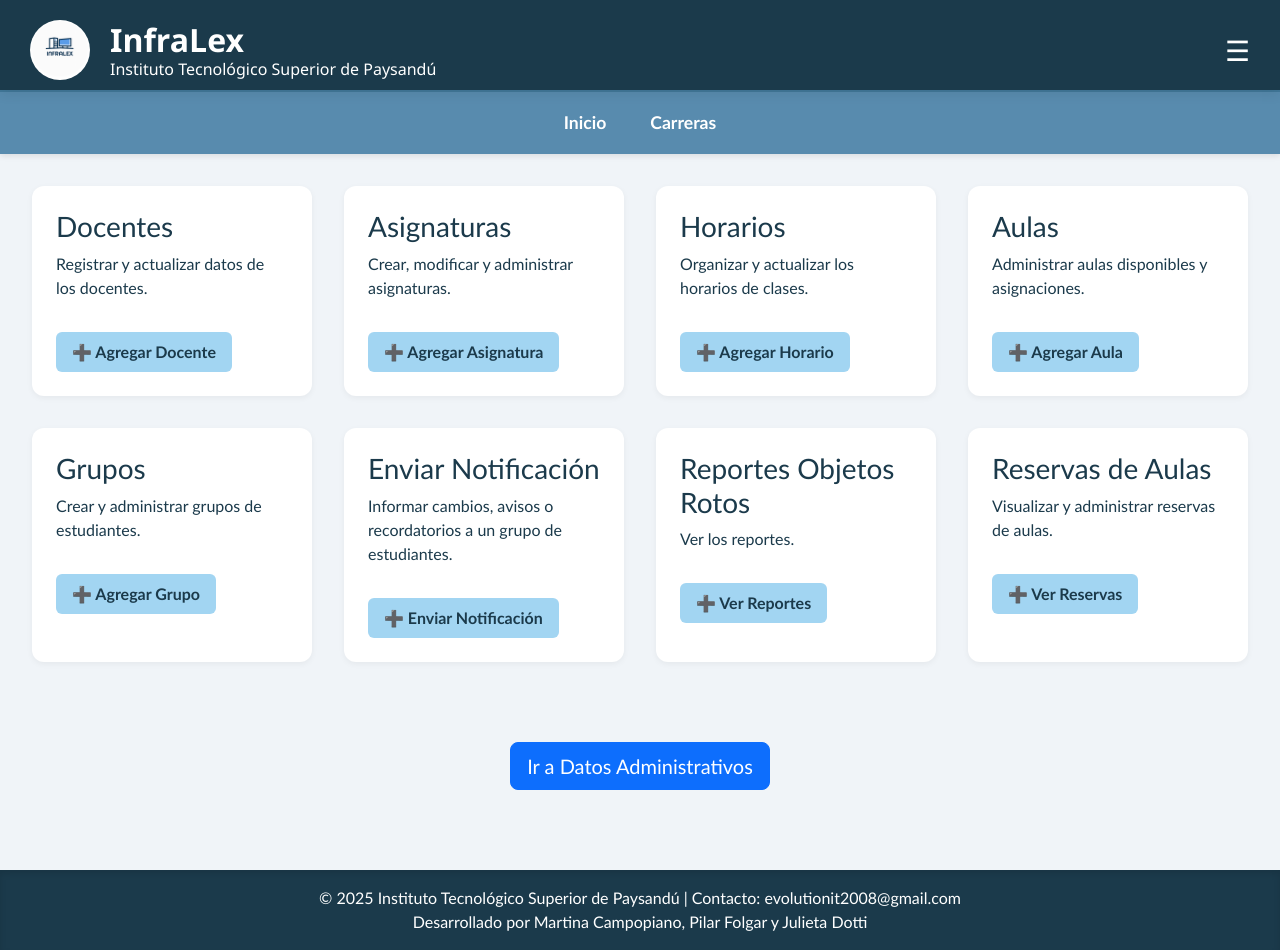
Repository: pilarfolgar/PROYECTO-2025
Page: http://localhost/PROYECTO-2025/indexadministrativo.php
These files come from the project's save history. The page is drawn as it stood at one moment and after the next save; the edit follows.
The browser window is 1280 px wide. The pictures show the whole page.
The page is run by PHP 8.4 with error messages shown; the project is at /var/www/html/. Queries for data that is not in the repository find no rows.

Above is the page before, as saved 2025-10-20 08:11:06.

### indexadministrativo.php
<?php
session_start(); // Inicia sesión
require("conexion.php");
$con = conectar_bd();
?>
<!DOCTYPE html>
<html lang="es">
<head>
  <meta charset="UTF-8">
  <meta name="viewport" content="width=device-width, initial-scale=1.0">
  <title>Panel Administrativo - InfraLex</title>
  <link rel="stylesheet" href="https://cdn.jsdelivr.net/npm/bootstrap@5.3.7/dist/css/bootstrap.min.css">
  <link rel="stylesheet" href="style.css">
  <script src="https://cdn.jsdelivr.net/npm/bootstrap@5.3.7/dist/js/bootstrap.bundle.min.js"></script>
  <script src="https://cdn.jsdelivr.net/npm/sweetalert2@11"></script>
  <script src="admin-script.js"></script>
</head>
<body>

<?php require("header.php"); ?>

<main class="contenedor" id="gestion">
  <!-- Tarjetas de acciones -->
  <div class="tarjeta">
    <h3>Docentes</h3>
    <p>Registrar y actualizar datos de los docentes.</p>
    <a href="#" class="boton" onclick="mostrarForm('form-docente')">➕ Agregar Docente</a>
  </div>

  <div class="tarjeta">
    <h3>Asignaturas</h3>
    <p>Crear, modificar y administrar asignaturas.</p>
    <a href="#" class="boton" onclick="mostrarForm('form-asignatura')">➕ Agregar Asignatura</a>
  </div>

  <div class="tarjeta">
    <h3>Horarios</h3>
    <p>Organizar y actualizar los horarios de clases.</p>
    <a href="#" class="boton" onclick="mostrarForm('form-horario')">➕ Agregar Horario</a>
  </div>

  <div class="tarjeta">
    <h3>Aulas</h3>
    <p>Administrar aulas disponibles y asignaciones.</p>
    <a href="#" class="boton" onclick="mostrarForm('form-aula')">➕ Agregar Aula</a>
  </div>

  <div class="tarjeta">
    <h3>Grupos</h3>
    <p>Crear y administrar grupos de estudiantes.</p>
    <a href="#" class="boton" onclick="mostrarForm('form-grupo')">➕ Agregar Grupo</a>
  </div>

  <div class="tarjeta">
    <h3>Enviar Notificación</h3>
    <p>Informar cambios, avisos o recordatorios a un grupo de estudiantes.</p>
    <a href="#" class="boton" onclick="mostrarForm('form-notificacion')">➕ Enviar Notificación</a>
  </div>
  <div class="tarjeta">
  <h3>Reportes Objetos Rotos</h3>
  <p>Ver los reportes.</p>
  <button class="boton" id="btnVerReportes" onclick="mostrarReportes()"> ➕ Ver Reportes</button>
</div>
<div class="tarjeta">
    <h3>Reservas de Aulas</h3>
    <p>Visualizar y administrar reservas de aulas.</p>
    <button class="boton" onclick="mostrarReservas()">➕ Ver Reservas</button>
  </div>

</main>
<!-- BOTÓN REDIRECCIÓN AL FINAL -->
<div class="text-center mt-5 mb-5">
  <a href="indexadministrativoDatos.php" class="btn btn-primary btn-lg">
    Ir a Datos Administrativos
  </a>
</div>


<!-- MODAL REPORTES -->
<div class="modal fade" id="modalReportes" tabindex="-1" aria-labelledby="modalReportesLabel" aria-hidden="true">
  <div class="modal-dialog modal-xl modal-dialog-centered modal-dialog-scrollable">
    <div class="modal-content">
      <div class="modal-header bg-dark text-white">
        <h5 class="modal-title" id="modalReportesLabel">📄 Reportes de Objetos rotos</h5>
        <button type="button" class="btn-close btn-close-white" data-bs-dismiss="modal" aria-label="Cerrar"></button>
      </div>
      <div class="modal-body">
        <?php
        // Consulta los reportes de la base
        $sql_reportes = "SELECT * FROM reportes ORDER BY fecha DESC";
        $result_reportes = $con->query($sql_reportes);
        ?>

        <?php if($result_reportes->num_rows > 0): ?>
          <div class="table-responsive">
            <table class="table table-bordered table-striped align-middle">
              <thead class="table-dark">
                <tr>
                  <th>Nombre</th>
                  <th>Email</th>
                  <th>Objeto/Área</th>
                  <th>Descripción</th>
                  <th>Fecha</th>
                </tr>
              </thead>
              <tbody>
                <?php while($reporte = $result_reportes->fetch_assoc()): ?>
                  <tr>
                    <td><?= htmlspecialchars($reporte['nombre']) ?></td>
                    <td><?= htmlspecialchars($reporte['email']) ?></td>
                    <td><?= htmlspecialchars($reporte['objeto']) ?></td>
                    <td><?= nl2br(htmlspecialchars($reporte['descripcion'])) ?></td>
                    <td><?= htmlspecialchars($reporte['fecha']) ?></td>
                  </tr>
                <?php endwhile; ?>
              </tbody>
            </table>
          </div>
        <?php else: ?>
          <p class="text-center mb-0">No hay reportes enviados aún.</p>
        <?php endif; ?>
      </div>
      <div class="modal-footer">
        <button type="button" class="btn btn-secondary" data-bs-dismiss="modal">Cerrar</button>
      </div>
    </div>
  </div>
</div>



<?php
// ============================
// RESERVAS DE AULAS
// ============================
$sql_reservas = "SELECT r.id_reserva, r.fecha, r.hora_inicio, r.hora_fin,
                        r.aula, r.nombre AS docente, g.nombre AS grupo
                 FROM reserva r
                 LEFT JOIN grupo g ON r.grupo = g.id_grupo
                 ORDER BY r.fecha DESC, r.hora_inicio ASC";
$result_reservas = $con->query($sql_reservas);
?>

<!-- MODAL RESERVAS -->
<div class="modal fade" id="modalReservas" tabindex="-1" aria-labelledby="modalReservasLabel" aria-hidden="true">
  <div class="modal-dialog modal-xl modal-dialog-centered modal-dialog-scrollable">
    <div class="modal-content">
      <div class="modal-header bg-dark text-white">
        <h5 class="modal-title" id="modalReservasLabel">📅 Reservas de Aulas</h5>
        <button type="button" class="btn-close btn-close-white" data-bs-dismiss="modal" aria-label="Cerrar"></button>
      </div>
      <div class="modal-body">
        <?php if($result_reservas && $result_reservas->num_rows > 0): ?>
          <div class="table-responsive">
            <table class="table table-bordered table-striped">
              <thead class="table-dark">
                <tr>
                  <th>Docente (Cédula)</th>
                  <th>Aula</th>
                  <th>Grupo</th>
                  <th>Fecha</th>
                  <th>Hora Inicio</th>
                  <th>Hora Fin</th>
                </tr>
              </thead>
              <tbody>
                <?php while($reserva = $result_reservas->fetch_assoc()): ?>
                  <tr>
                    <td><?= htmlspecialchars($reserva['docente']) ?></td>
                    <td><?= htmlspecialchars($reserva['aula']) ?></td>
                    <td><?= htmlspecialchars($reserva['grupo'] ?? '—') ?></td>
                    <td><?= htmlspecialchars($reserva['fecha']) ?></td>
                    <td><?= htmlspecialchars($reserva['hora_inicio']) ?></td>
                    <td><?= htmlspecialchars($reserva['hora_fin']) ?></td>
                  </tr>
                <?php endwhile; ?>
              </tbody>
            </table>
          </div>
        <?php else: ?>
          <p class="text-center">No hay reservas registradas aún.</p>
        <?php endif; ?>
      </div>
      <div class="modal-footer">
        <button type="button" class="btn btn-secondary" data-bs-dismiss="modal">Cerrar</button>
      </div>
    </div>
  </div>
</div>


<!-- =====================
   FORMULARIOS
===================== -->

<!-- FORM DOCENTE -->
<section id="form-docente" class="formulario" style="display:none;">
  <button type="button" class="cerrar" onclick="cerrarForm('form-docente')">✖</button>
  <form action="procesar-docente.php" method="POST" enctype="multipart/form-data" class="needs-validation form-reserva-style novalidate">
    <h2 class="form-title">Registrar Docente</h2>
    <div class="row g-3">
      <div class="col-md-6">
        <label for="nombreDocente" class="form-label">Nombre</label>
        <input type="text" class="form-control" id="nombreDocente" name="nombre" required>
      </div>
      <div class="col-md-6">
        <label for="apellidoDocente" class="form-label">Apellido</label>
        <input type="text" class="form-control" id="apellidoDocente" name="apellido" required>
      </div>
      <div class="col-md-6">
        <label for="documentoDocente" class="form-label">Cédula</label>
        <input type="number" class="form-control" id="documentoDocente" name="documento" required>
      </div>
      <div class="col-md-6">
        <label for="emailDocente" class="form-label">Correo electrónico</label>
        <input type="email" class="form-control" id="emailDocente" name="email" required>
      </div>
      <div class="col-md-6">
        <label for="telefonoDocente" class="form-label">Teléfono</label>
        <input type="tel" class="form-control" id="telefonoDocente" name="telefono">
      </div>
      <div class="col-md-6">
        <label for="fotoDocente" class="form-label">Foto del docente</label>
        <input type="file" class="form-control" id="fotoDocente" name="foto" accept="image/*">
      </div>
    </div>
    <button type="submit" class="boton mt-3">Guardar</button>
  </form>
</section>

<!-- FORM ASIGNATURA -->
<section id="form-asignatura" class="formulario" style="display:none;">
  <button type="button" class="cerrar" onclick="cerrarForm('form-asignatura')">✖</button>
  <form action="procesar-asignatura.php" method="POST" class="needs-validation form-reserva-style novalidate">
    <h2 class="form-title">Registrar Asignatura</h2>
    <div class="row g-3">
      <div class="col-md-6">
        <label for="nombreAsignatura" class="form-label">Nombre de la asignatura</label>
        <input type="text" class="form-control" id="nombreAsignatura" name="nombre" required placeholder="Ej. Programación II">
      </div>
      <div class="col-md-6">
        <label for="codigoAsignatura" class="form-label">Código</label>
        <input type="text" class="form-control" id="codigoAsignatura" name="codigo" required placeholder="Ej. PROG201">
      </div>
      <div class="col-12">
        <label for="docentesAsignatura" class="form-label">Docentes asignados (seleccione múltiples)</label>
        <select class="form-select" id="docentesAsignatura" name="docentes[]" multiple required>
          <?php
          $sql = "SELECT cedula, nombrecompleto, apellido FROM usuario WHERE rol='docente'";
          $result = $con->query($sql);
          while($row = $result->fetch_assoc()){
              echo '<option value="'.$row['cedula'].'">Prof. '.$row['nombrecompleto'].' '.$row['apellido'].'</option>';
          }
          ?>
        </select>
      </div>
    </div>
    <button type="submit" class="boton mt-3">Guardar</button>
  </form>
</section>

<!-- FORM HORARIO -->
<!-- FORM HORARIO -->
<section id="form-horario" class="formulario" style="display:none;">
  <button type="button" class="cerrar" onclick="cerrarForm('form-horario')">✖</button>
  <form action="procesar-horario.php" method="POST" class="needs-validation form-reserva-style novalidate">
    <h2 class="form-title">Registrar Horario</h2>
    <div class="row g-3">

      <!-- Asignatura -->
      <div class="col-md-6">
        <label for="asignaturaHorario" class="form-label">Asignatura</label>
        <select class="form-select" id="asignaturaHorario" name="id_asignatura" required>
          <option value="">Seleccione asignatura...</option>
          <?php
          $sql = "SELECT id_asignatura, nombre, codigo FROM asignatura ORDER BY nombre";
          $result = $con->query($sql);
          while($row = $result->fetch_assoc()){
              echo '<option value="'.$row['id_asignatura'].'">'.$row['nombre'].' ('.$row['codigo'].')</option>';
          }
          ?>
        </select>
      </div>

      <!-- Día -->
      <div class="col-md-6">
        <label for="diaHorario" class="form-label">Día</label>
        <select class="form-select" id="diaHorario" name="dia" required>
          <option value="">Elija...</option>
          <option value="lunes">Lunes</option>
          <option value="martes">Martes</option>
          <option value="miercoles">Miércoles</option>
          <option value="jueves">Jueves</option>
          <option value="viernes">Viernes</option>
        </select>
      </div>

      <!-- Hora de inicio -->
      <div class="col-md-6">
        <label for="horaInicioHorario" class="form-label">Hora de inicio</label>
        <input type="time" class="form-control" id="horaInicioHorario" name="hora_inicio" required>
      </div>

      <!-- Hora de fin -->
      <div class="col-md-6">
        <label for="horaFinHorario" class="form-label">Hora de fin</label>
        <input type="time" class="form-control" id="horaFinHorario" name="hora_fin" required>
      </div>

      <!-- Grupo -->
      <div class="col-md-6">
        <label for="grupoHorario" class="form-label">Grupo</label>
        <select class="form-select" id="grupoHorario" name="id_grupo" required>
          <option value="">Seleccione grupo...</option>
          <?php
          $sql = "SELECT id_grupo, nombre, orientacion FROM grupo ORDER BY nombre";
          $result = $con->query($sql);
          if($result->num_rows>0){
              while($row = $result->fetch_assoc()){
                  echo '<option value="'.$row['id_grupo'].'">'.$row['nombre'].' - '.$row['orientacion'].'</option>';
              }
          } else {
              echo '<option value="">No hay grupos registrados</option>';
          }
          ?>
        </select>
      </div>

      <!-- Clase -->
      <div class="col-md-6">
        <label for="claseHorario" class="form-label">Clase</label>
        <input type="text" class="form-control" id="claseHorario" name="clase" required placeholder="Ej. Teoría / Práctica">
      </div>

      <!-- Aula -->
      <div class="col-md-6">
        <label for="aulaHorario" class="form-label">Aula</label>
        <select class="form-select" id="aulaHorario" name="aula" required>
          <option value="">Seleccione aula...</option>
          <?php
          $sql = "SELECT codigo FROM aula ORDER BY codigo";
          $result = $con->query($sql);
          while($row = $result->fetch_assoc()){
              echo '<option value="'.$row['codigo'].'">'.$row['codigo'].'</option>';
          }
          ?>
        </select>
      </div>

    </div>
    <button type="submit" class="boton mt-3">Guardar</button>
  </form>
</section>

<!-- FORM AULA -->
<section id="form-aula" class="formulario" style="display:none;">
  <button type="button" class="cerrar" onclick="cerrarForm('form-aula')">✖</button>
  <form action="procesar-aula.php" method="POST" enctype="multipart/form-data" class="needs-validation form-reserva-style novalidate">
    <h2 class="form-title">Registrar Aula</h2>
    <div class="row g-3">
      <div class="col-md-6">
        <label for="codigoAula" class="form-label">Número o código de aula</label>
        <input type="text" class="form-control" id="codigoAula" name="codigo" required placeholder="Ej. Aula 101">
      </div>
      <div class="col-md-6">
        <label for="capacidadAula" class="form-label">Capacidad</label>
        <input type="number" class="form-control" id="capacidadAula" name="capacidad" min="1" placeholder="Ej. 30" required>
      </div>
      <div class="col-12">
        <label for="ubicacionAula" class="form-label">Ubicación</label>
        <input type="text" class="form-control" id="ubicacionAula" name="ubicacion" placeholder="Ej. Piso 2, Bloque A" required>
      </div>
      <div class="col-12">
        <label for="tipoAula" class="form-label">Tipo de espacio</label>
        <select class="form-select" id="tipoAula" name="tipo" required>
          <option value="" disabled selected>Seleccione tipo...</option>
          <option value="aula">Aula</option>
          <option value="salon">Salón</option>
          <option value="lab">Laboratorio</option>
        </select>
      </div>
<div class="col-12">
  <label for="recursosAula" class="form-label">Recursos disponibles</label>

  <!-- Selección múltiple de recursos existentes -->
  <select name="recursos_existentes[]" class="form-select" multiple size="7">
    <option value="Aire acondicionado">Aire acondicionado</option>
    <option value="Televisor">Televisor</option>
    <option value="Proyector">Proyector</option>
    <option value="Computadoras">Computadoras</option>
    <option value="Ventilador">Ventilador</option>
    <option value="Impresora 3D">Impresora 3D</option>
  </select>
  <small class="text-muted d-block mb-2">Mantén presionada la tecla Ctrl (o Cmd en Mac) para seleccionar varios.</small>

  <!-- Input para agregar un recurso adicional -->
  <label class="form-label mt-2">Agregar recurso adicional</label>
  <input type="text" name="recurso_nuevo" class="form-control" placeholder="Ej. Pizarra digital">
  <small class="text-muted">Si escribes algo aquí, se agregará como un recurso nuevo además de los seleccionados.</small>
</div>

      <div class="col-12">
        <label for="imagenAula" class="form-label">Imagen</label>
        <input type="file" class="form-control" id="imagenAula" name="imagen" accept="image/*">
      </div>
    </div>
    <button type="submit" class="boton mt-3">Guardar</button>
  </form>
</section>

<!-- FORM GRUPO -->
<section id="form-grupo" class="formulario" style="display:none;">
  <button type="button" class="cerrar" onclick="cerrarForm('form-grupo')">✖</button>
  <form action="procesar-grupo.php" method="POST" class="needs-validation form-reserva-style novalidate">
    <h2 class="form-title">Registrar Grupo</h2>
    <div class="row g-3">
      <div class="col-md-6">
        <label for="orientacionGrupo" class="form-label">Orientación</label>
        <select class="form-select" id="orientacionGrupo" name="orientacion" required>
          <option value="">Seleccione orientación...</option>
          <option value="Tec. de la Información">Tecnologías de la información</option>
          <option value="Tec. de la Información Bilingüe">Tecnologías de la información Bilingüe</option>
          <option value="Tecnología">Tecnólogo en Ciberseguridad</option>
        </select>
      </div>
      <div class="col-md-6">
        <label for="nombreGrupo" class="form-label">Nombre del grupo</label>
        <input type="text" class="form-control" id="nombreGrupo" name="nombre" required placeholder="Ej. 3°A">
      </div>
      <div class="col-md-6">
        <label for="cantidadEstudiantes" class="form-label">Cantidad de estudiantes</label>
        <input type="number" class="form-control" id="cantidadEstudiantes" name="cantidad" min="1" required placeholder="Ej. 30">
      </div>
      <div class="col-md-6">
        <label for="asignaturasGrupo" class="form-label">Asignaturas</label>
        <select class="form-select" id="asignaturasGrupo" name="asignaturas[]" multiple required>
          <?php
          $sql = "SELECT id_asignatura, nombre FROM asignatura ORDER BY nombre";
          $result = $con->query($sql);
          while($row = $result->fetch_assoc()){
              echo '<option value="'.$row['id_asignatura'].'">'.$row['nombre'].'</option>';
          }
          ?>
        </select>
      </div>
    </div>
    <button type="submit" class="boton mt-3">Guardar</button>
  </form>
</section>

<!-- FORM NOTIFICACIÓN -->
<section id="form-notificacion" class="formulario" style="display:none;">
  <button type="button" class="cerrar" onclick="cerrarForm('form-notificacion')">✖</button>
  <form action="procesar-notificacion.php" method="POST" class="needs-validation form-reserva-style novalidate">
    <h2 class="form-title">Enviar Notificación a Grupo</h2>
    <div class="row g-3">
      <div class="col-md-6">
        <label for="grupoNotificacion" class="form-label">Grupo</label>
        <select class="form-select" id="grupoNotificacion" name="id_grupo" required>
          <option value="">Seleccione grupo...</option>
          <?php
          $sql = "SELECT id_grupo, nombre, orientacion FROM grupo ORDER BY nombre";
          $result = $con->query($sql);
          while($row = $result->fetch_assoc()){
              echo '<option value="'.$row['id_grupo'].'">'.$row['nombre'].' - '.$row['orientacion'].'</option>';
          }
          ?>
        </select>
      </div>
      <div class="col-md-6">
        <label for="tituloNotificacion" class="form-label">Título</label>
        <input type="text" class="form-control" id="tituloNotificacion" name="titulo" required placeholder="Ej. Cambio de aula">
      </div>
      <div class="col-12">
        <label for="mensajeNotificacion" class="form-label">Mensaje</label>
        <textarea class="form-control" id="mensajeNotificacion" name="mensaje" rows="4" required placeholder="Escriba su mensaje"></textarea>
      </div>
    </div>
    <button type="submit" class="boton mt-3">Enviar</button>
  </form>
</section>
<?php require("footer.php"); ?>


<script>
document.addEventListener('DOMContentLoaded', function() {
    <?php
    $alerts = [
        'msg_docente' => ['icon'=>'success','title'=>'¡Éxito!','text'=>'Docente registrado con éxito'],
        'error_docente'=>['icon'=>'error','title'=>'Cédula duplicada','text'=>'Ya existe un docente con esa cédula','form'=>'form-docente'],
        'msg_asignatura'=>['icon'=>'success','title'=>'¡Éxito!','text'=>'Asignatura registrada con éxito'],
        'error_asignatura'=>['icon'=>'error','title'=>'Código duplicado','text'=>'Ya existe una asignatura con ese código','form'=>'form-asignatura'],
        'msg_horario'=>['icon'=>'success','title'=>'¡Éxito!','text'=>'Horario registrado con éxito'],
        'error_horario'=>['icon'=>'error','title'=>'Horario duplicado','text'=>'Ya existe un horario registrado con estos datos','form'=>'form-horario'],
        'msg_aula'=>['icon'=>'success','title'=>'¡Éxito!','text'=>'Aula registrada con éxito'],
        'error_aula'=>['icon'=>'error','title'=>'Error','text'=>'Ocurrió un error al registrar el aula','form'=>'form-aula'],
        'msg_notificacion'=>['icon'=>'success','title'=>'¡Éxito!','text'=>'Notificación enviada con éxito'],
        'error_notificacion'=>['icon'=>'error','title'=>'Error','text'=>'Ocurrió un error al enviar la notificación']
    ];
    foreach($alerts as $key=>$alert){
        if(isset($_SESSION[$key])){
            $form = isset($alert['form']) ? "mostrarForm('{$alert['form']}');" : "";
            echo $form."Swal.fire({icon:'{$alert['icon']}',title:'{$alert['title']}',text:'{$alert['text']}',timer:2500,showConfirmButton:false});";
            unset($_SESSION[$key]);
        }
    }
    ?>
});

function mostrarReportes() {
  const modal = new bootstrap.Modal(document.getElementById('modalReportes'));
  modal.show();
}

function mostrarReservas() {
  const modal = new bootstrap.Modal(document.getElementById('modalReservas'));
  modal.show();
}

function mostrarSugerencias() {
  const modal = new bootstrap.Modal(document.getElementById('modalSugerencias'));
  modal.show();
}


</script>
</body>
</html>

Loaded but not shown: admin-script.js (57 lines, source omitted); style.css (905 lines, source omitted); styleindexadministrativo.css (115 lines, source omitted); header.php (35 lines, source omitted); conexion.php (29 lines, source omitted); footer.php (6 lines, source omitted)

After the next save:
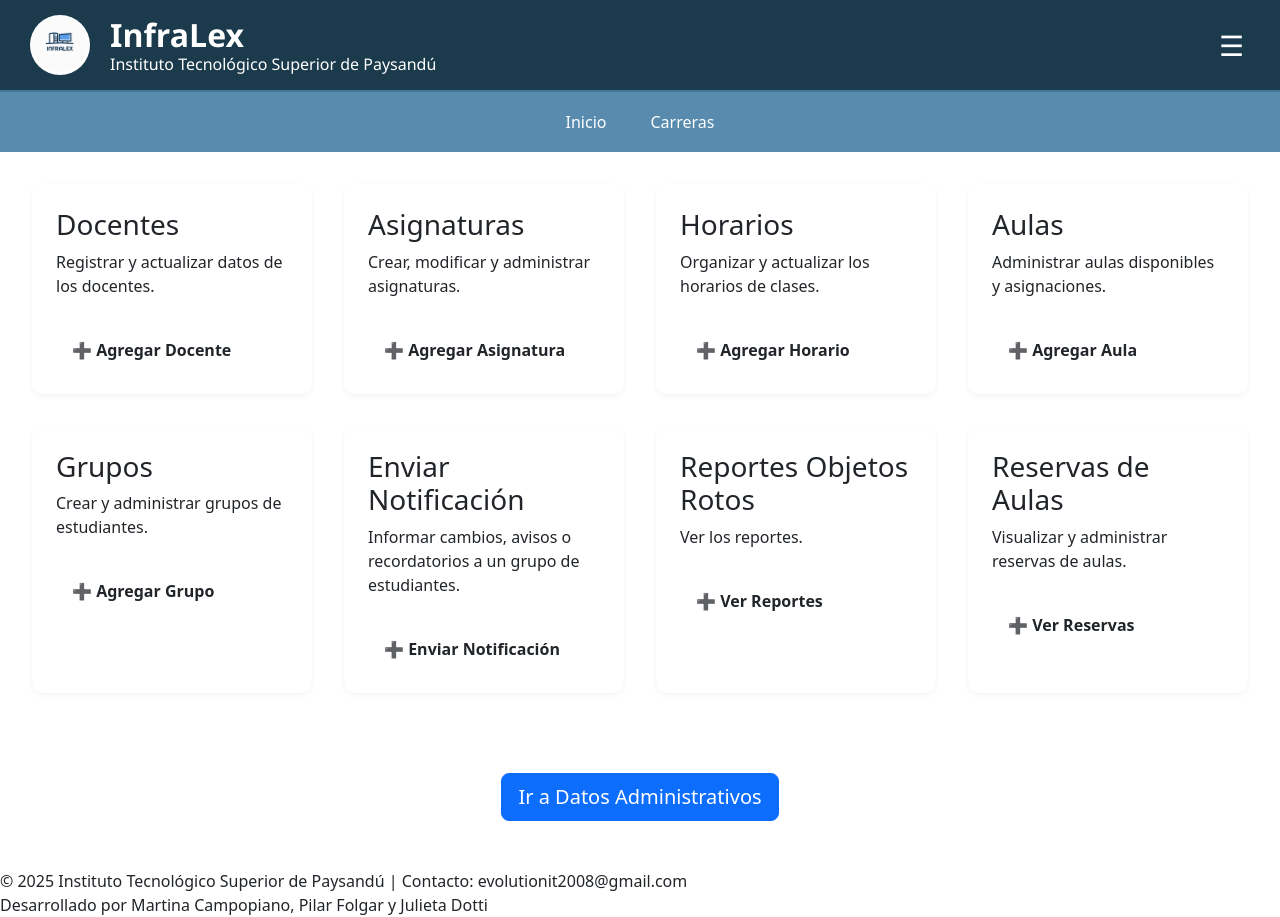
Saved 62 s later.
--- a/indexadministrativo.php
+++ b/indexadministrativo.php
@@ -10,7 +10,7 @@ $con = conectar_bd();
   <meta name="viewport" content="width=device-width, initial-scale=1.0">
   <title>Panel Administrativo - InfraLex</title>
   <link rel="stylesheet" href="https://cdn.jsdelivr.net/npm/bootstrap@5.3.7/dist/css/bootstrap.min.css">
-  <link rel="stylesheet" href="style.css">
+  <link rel="stylesheet" href="styleindexadministrativo.css">
   <script src="https://cdn.jsdelivr.net/npm/bootstrap@5.3.7/dist/js/bootstrap.bundle.min.js"></script>
   <script src="https://cdn.jsdelivr.net/npm/sweetalert2@11"></script>
   <script src="admin-script.js"></script>
